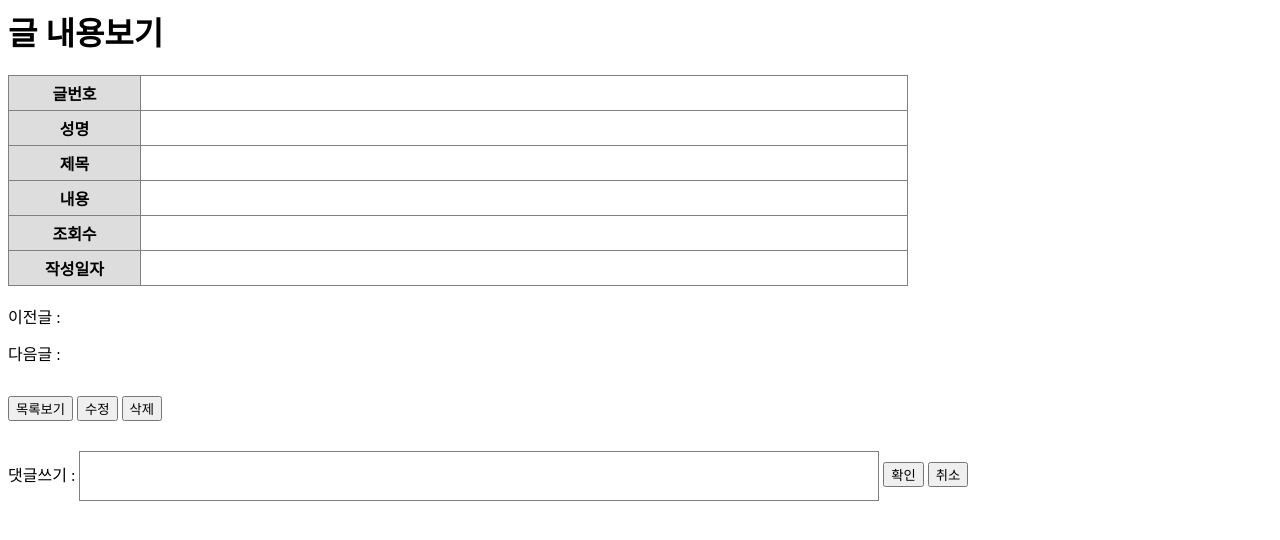
Repository: gold37/Spring
Page: http://localhost/Board/WEB-INF/views/tiles1/board/view.jsp
The author's editor kept a copy of each file at every save. The page is drawn from the files as they stood at one save, then again after a run of saves.
The browser window is 1280 px wide. The pictures show the whole page.
The page is served by Tomcat 9. Nobody is signed in. The template is opened directly, without the code that normally fills it, so the values that code supplies are empty.

Above is the page before, as saved 2020-07-17 05:32:48.
Console error: ReferenceError: $ is not defined

After the next 2 saves:
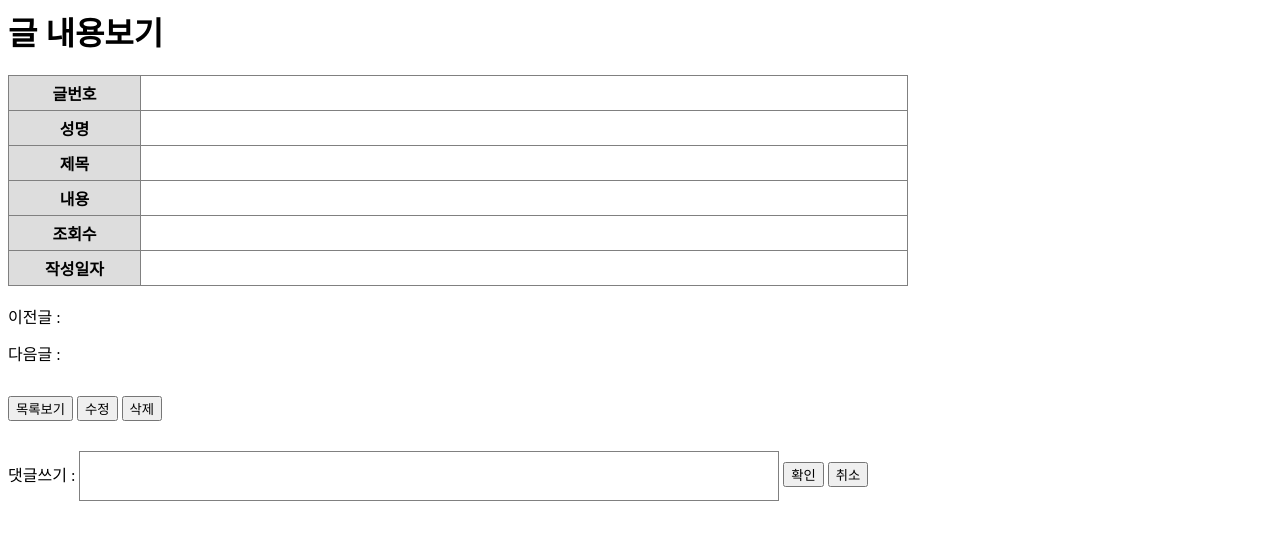
The 2 saves are shown as one change because they came seconds apart.
The last was saved 11 s later.
--- a/springworkspace/Board/src/main/webapp/WEB-INF/views/tiles1/board/view.jsp
+++ b/springworkspace/Board/src/main/webapp/WEB-INF/views/tiles1/board/view.jsp
@@ -96,7 +96,7 @@ a {text-decoration: none !important;}
 
 
 	<div style="margin-top: 30px;">
-		댓글쓰기 : <input type="text" style="width:800px; height: 50px;" >
+		댓글쓰기 : <input type="text" style="width:700px; height: 50px;" >
 		<button>확인</button>
 		<button>취소</button>
 	</div>
